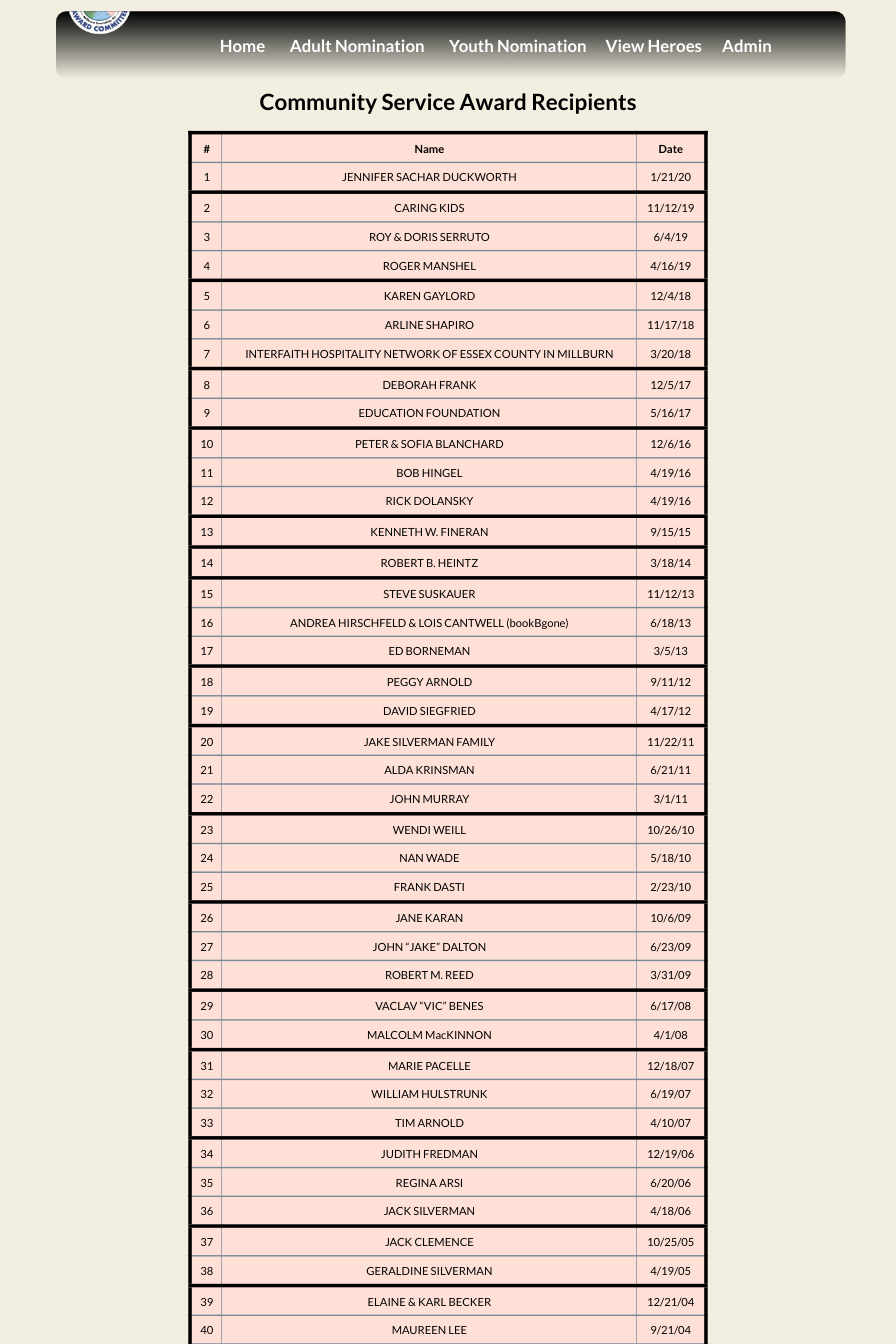
Repository: Centrattic/Young-Heroes-Website
Page: http://localhost/Frontend/before2020.php
These files come from the project's save history. The page is drawn as it stood at one moment and after the next save; the edit follows.
The browser window is 1280 px wide. The pictures show the part of the page from y = 0 to 1920 px (the page is 3810 px tall), at 70% of full size.
The page is run by PHP 8.4 with error messages shown; the project is at /var/www/html/.

Above is the page before, as saved 2020-12-21 14:23:45.

### Eagle Project/Frontend/before2020.php
<?php
require '../Backend/functions.php';
require '../Backend/dbhconnect.php';
?>

<html>
  <head>
    <link href="https://fonts.googleapis.com/css2?family=Lato:ital,wght@0,400;0,700;1,300;1,400&display=swap" rel="stylesheet">
    <link href="../CSS/home.css" rel="stylesheet" type="text/css" />

    <link rel = "stylesheet" href = "../CSS/navbar.css">
  </head>

  <body>

    <?php
        navbar();
    ?>

    <h1> Community Service Award Recipients</h1> <!-- Most recent first!!! -->
    <br>

    <style>
        #before2020-table {
            margin: 0 auto;
            border: 5px solid black;
            border-radius: 0px;
            background-color: #ffe0d6;
            width: 65%;
        }

        th,td {
            padding: 10px;
        }

        /*td:nth-child(1) {
            border-right: 2px solid black;
            border-radius: 0px;
            padding-bottom: 0px;
            margin-bottom: 0px;
        }*/

        tr {
            border: 2px solid lightslategray;
        }

        .last-of-year {
            border-bottom: 5px solid black;
        }

    </style>

    <table id = "before2020-table" rules = "all">
        <tr>
            <th> # </th>
            <th> Name </th>
            <th> Date </th>
        </tr>
        <!-- Most to least recent-->


        <tr class = "last-of-year">
            <td> 1 </td>
            <td> JENNIFER SACHAR DUCKWORTH </td>
            <td> 1/21/20 </td>
        </tr>

		<tr>
            <td> 2 </td>
            <td> CARING KIDS </td>
            <td> 11/12/19 </td>
        </tr>

		<tr>
            <td> 3 </td>
            <td> ROY & DORIS SERRUTO </td>
            <td> 6/4/19 </td>
        </tr>

		<tr class = "last-of-year">
            <td> 4 </td>
            <td> ROGER MANSHEL</td>
            <td> 4/16/19 </td>
        </tr>

		<tr>
            <td> 5 </td>
            <td> KAREN GAYLORD </td>
            <td> 12/4/18 </td>
        </tr>

		<tr>
            <td> 6 </td>
            <td> ARLINE SHAPIRO</td>
            <td> 11/17/18 </td>
        </tr>

		<tr class = "last-of-year">
            <td> 7 </td>
            <td> INTERFAITH HOSPITALITY NETWORK OF ESSEX COUNTY IN MILLBURN </td>
            <td> 3/20/18 </td>
        </tr>

		<tr>
            <td> 8 </td>
            <td> DEBORAH FRANK </td>
            <td> 12/5/17 </td>
        </tr>

		<tr class = "last-of-year">
            <td> 9 </td>
            <td> EDUCATION FOUNDATION </td>
            <td> 5/16/17 </td>
        </tr>
		<tr>
            <td> 10 </td>
            <td> PETER & SOFIA BLANCHARD </td>
            <td> 12/6/16 </td>
        </tr>

		<tr>
            <td> 11 </td>
            <td> BOB HINGEL </td>
            <td> 4/19/16 </td>
        </tr>

		<tr class = "last-of-year">
            <td> 12 </td>
            <td> RICK DOLANSKY </td>
            <td> 4/19/16 </td>
        </tr>

		<tr class = "last-of-year">
            <td> 13 </td>
            <td> KENNETH W. FINERAN </td>
            <td> 9/15/15 </td>
        </tr>

		<tr class = "last-of-year">
            <td> 14 </td>
            <td> ROBERT B. HEINTZ </td>
            <td> 3/18/14 </td>
        </tr>

		<tr>
            <td> 15 </td>
            <td> STEVE SUSKAUER </td>
            <td> 11/12/13 </td>
        </tr>

		<tr>
            <td> 16 </td>
            <td> ANDREA HIRSCHFELD & LOIS CANTWELL (bookBgone) </td>
            <td> 6/18/13 </td>
        </tr>

		<tr class = "last-of-year">
            <td> 17 </td>
            <td> ED BORNEMAN </td>
            <td> 3/5/13 </td>
        </tr>

		<tr>
            <td> 18 </td>
            <td> PEGGY ARNOLD </td>
            <td> 9/11/12 </td>
        </tr>

		<tr class = "last-of-year">
            <td> 19 </td>
            <td> DAVID SIEGFRIED </td>
            <td> 4/17/12 </td>
        </tr>

		<tr>
            <td> 20 </td>
            <td> JAKE SILVERMAN FAMILY </td>
            <td> 11/22/11 </td>
        </tr>

		<tr>
            <td> 21 </td>
            <td> ALDA KRINSMAN </td>
            <td> 6/21/11 </td>
        </tr>

		<tr class = "last-of-year">
            <td> 22 </td>
            <td> JOHN MURRAY </td>
            <td> 3/1/11 </td>
        </tr>

		<tr>
            <td> 23 </td>
            <td> WENDI WEILL </td>
            <td> 10/26/10 </td>
        </tr>

		<tr>
            <td> 24 </td>
            <td> NAN WADE </td>
            <td> 5/18/10 </td>
        </tr>

        <tr class = "last-of-year">
            <td> 25 </td>
            <td> FRANK DASTI </td>
            <td> 2/23/10 </td>
        </tr>

        <tr>
            <td> 26 </td>
            <td> JANE KARAN </td>
            <td> 10/6/09 </td>
        </tr>

        <tr>
            <td> 27 </td>
            <td> JOHN “JAKE” DALTON </td>
            <td> 6/23/09 </td>
        </tr>

        <tr class = "last-of-year">
            <td> 28 </td>
            <td> ROBERT M. REED </td>
            <td> 3/31/09 </td>
        </tr>

        <tr>
            <td> 29 </td>
            <td> VACLAV “VIC” BENES </td>
            <td> 6/17/08 </td>
        </tr>

		<tr class = "last-of-year">
            <td> 30 </td>
            <td> MALCOLM MacKINNON </td>
            <td> 4/1/08 </td>
        </tr>

		<tr>
            <td> 31 </td>
            <td> MARIE PACELLE </td>
            <td> 12/18/07 </td>
        </tr>

		<tr>
            <td> 32 </td>
            <td> WILLIAM HULSTRUNK </td>
            <td> 6/19/07 </td>
        </tr>

		<tr class = "last-of-year">
            <td> 33 </td>
            <td> TIM ARNOLD </td>
            <td> 4/10/07 </td>
        </tr>

		<tr>
            <td> 34 </td>
            <td> JUDITH FREDMAN </td>
            <td> 12/19/06 </td>
        </tr>

		<tr>
            <td> 35 </td>
            <td> REGINA ARSI </td>
            <td> 6/20/06 </td>
        </tr>

		<tr class = "last-of-year">
            <td> 36 </td>
            <td> JACK SILVERMAN </td>
            <td> 4/18/06 </td>
        </tr>

        <tr>
            <td> 37 </td>
            <td> JACK CLEMENCE </td>
            <td> 10/25/05 </td>
        </tr>

        <tr class = "last-of-year">
            <td> 38 </td>
            <td> GERALDINE SILVERMAN </td>
            <td> 4/19/05 </td>
        </tr>

        <tr>
            <td> 39 </td>
            <td> ELAINE & KARL BECKER </td>
            <td> 12/21/04 </td>
        </tr>

		<tr>
            <td> 40 </td>
            <td> MAUREEN LEE </td>
            <td> 9/21/04 </td>
        </tr>

		<tr>
            <td> 41 </td>
            <td> ANNE V. SMITH </td>
            <td> 6/15/04 </td>
        </tr>

		<tr class = "last-of-year">
            <td> 42 </td>
            <td> W. OWEN LAMPE </td>
            <td> 4/8/04 </td>
        </tr>

		<tr>
            <td> 43 </td>
            <td> EVA GOTTSCHO </td>
            <td> 12/2/03 </td>
        </tr>

		<tr class = "last-of-year">
            <td> 44 </td>
            <td> WILLIAM E. JUDES </td>
            <td> 6/10/03 </td>
        </tr>

		<tr>
            <td> 45 </td>
            <td> DELIA WALBRIDGE </td>
            <td> 12/3/02 </td>
        </tr>

		<tr>
            <td> 46 </td>
            <td> SHARON & AVI BRENDER </td>
            <td> 9/10/02 </td>
        </tr>

		<tr class = "last-of-year">
            <td> 47 </td>
            <td> ANGELO Del ROSSI </td>
            <td> 6/11/02 </td>
        </tr>

		<tr>
            <td> 48 </td>
            <td> LOUISE GILI </td>
            <td> 11/20/01 </td>
        </tr>

		<tr>
            <td> 49 </td>
            <td> THOMAS J. EAKLEY </td>
            <td> 8/21/01 </td>
        </tr>

		<tr class = "last-of-year">
            <td> 50 </td>
            <td> SHERMAN T. BREWER, JR. </td>
            <td> 3/20/01 </td>
        </tr>

		<tr>
            <td> 51 </td>
            <td> MARK GUTERMAN </td>
            <td> 12/5/00 </td>
        </tr>

		<tr>
            <td> 52 </td>
            <td> ELEANOR T. McGLAUGHLIN </td>
            <td> 9/19/00 </td>
        </tr>

		<tr>
            <td> 53 </td>
            <td> JOAN DAESCHLER </td>
            <td> 6/13/00 </td>
        </tr>

		<tr class = "last-of-year">
            <td> 54 </td>
            <td> WALTER JEFFREY, JR. </td>
            <td> 4/18/00 </td>
        </tr>

		<tr>
            <td> 55 </td>
            <td> DR. PAUL KEARNEY </td>
            <td> 11/9/99 </td>
        </tr>

		<tr class = "last-of-year">
            <td> 56 </td>
            <td> LEIGH GIFFORD </td>
            <td> 4/13/99 </td>
        </tr>

		<tr>
            <td> 57 </td>
            <td> LYNNE RANIERI </td>
            <td> 12/15/98 </td>
        </tr>

		<tr>
            <td> 58 </td>
            <td> ELAINE BIRNHOLZ </td>
            <td> 10/20/98 </td>
        </tr>

		<tr>
            <td> 59 </td>
            <td> NANCY GOAT </td>
            <td> 6/9/98 </td>
        </tr>

		<tr class = "last-of-year">
            <td> 60 </td>
            <td> JAMES LAURIE </td>
            <td> 3/17/98 </td>
        </tr>

		<tr>
            <td> 61 </td>
            <td> JOAN BORNEMAN </td>
            <td> 12/16/97 </td>
        </tr>

		<tr>
            <td> 62 </td>
            <td> PHYLLIS KINGSBURY </td>
            <td> 10/7/97 </td>
        </tr>

		<tr>
            <td> 63 </td>
            <td> LINDSEY REBECCA HUSTON </td>
            <td> 6/24/97 </td>
        </tr>

		<tr class = "last-of-year">
            <td> 64 </td>
            <td> ALFRED H. CONNELLEE </td>
            <td> 4/19/97 </td>
        </tr>

		<tr>
            <td> 65 </td>
            <td> HARRIET LOWENGRUB </td>
            <td> 12/3/96 </td>
        </tr>

		<tr>
            <td> 66 </td>
            <td> JOHN S. WARE </td>
            <td> 6/25/96 </td>
        </tr>

        <tr class = "last-of-year">
            <td> 67 </td>
            <td> SUSANNAH J. LIKINS </td>
            <td> 3/19/96 </td>
        </tr>

        <tr>
            <td> 68 </td>
            <td> IRIS STOLOFF </td>
            <td> 12/5/95 </td>
        </tr>

        <tr>
            <td> 69 </td>
            <td> DOUGLAS REED </td>
            <td> 9/5/95 </td>
        </tr>

		<tr>
            <td> 70 </td>
            <td> CHARLES T. & DOROTHY KING </td>
            <td> 6/27/95 </td>
        </tr>

		<tr class = "last-of-year">
            <td> 71 </td>
            <td> ROBERT E. MARSHALL </td>
            <td> 3/21/95 </td>
        </tr>

        <tr>
            <td> 72 </td>
            <td> LOUIS J. KURTZ </td>
            <td> 2/6/94 </td>
        </tr>

		<tr>
            <td> 73 </td>
            <td> LEZETTE PROUD </td>
            <td> 9/13/94 </td>
        </tr>

		<tr class = "last-of-year">
            <td> 74 </td>
            <td> LAUREN HUSTON </td>
            <td> 6/14/94 </td>
        </tr>

		<tr>
            <td> 75 </td>
            <td> DONALD L. CAMPBELL </td>
            <td> 7/6/93 </td>
        </tr>

		<tr class = "last-of-year">
            <td> 76 </td>
            <td> MAUREEN S. SILVER </td>
            <td> 4/27/93 </td>
        </tr>

        <tr>
            <td> 77 </td>
            <td> STEPHEN LEIT </td>
            <td> 6/16/92 </td>
        </tr>

        <tr>
            <td> 78 </td>
            <td> MURIEL SCHWARTZSTEIN </td>
            <td> 5/5/92 </td>
        </tr>

        <tr class = "last-of-year">
            <td> 79 </td>
            <td> EVELYN ORTNER </td>
            <td> 3/3/92 </td>
        </tr>

        <tr>
            <td> 80 </td>
            <td> LINDA McDONOUGH </td>
            <td> 12/17/91 </td>
        </tr>

        <tr>
            <td> 81 </td>
            <td> ALFRED T. PEDECINE </td>
            <td> 9/3/91 </td>
        </tr>

        <tr>
            <td> 82 </td>
            <td> EDITH CONNELLEE </td>
            <td> 8/16/91 </td>
        </tr>

        <tr>
            <td> 83 </td>
            <td> LORI FRIEDMAN </td>
            <td> 6/11/91 </td>
        </tr>

        <tr>
            <td> 84 </td>
            <td> WILLIAM CONROE </td>
            <td> 5/21/91 </td>
        </tr>

        <tr>
            <td> 87 </td>
            <td> ELIZABETH NAUGHTON </td>
            <td> 5/5/91 </td>
        </tr>

    </table>



</body>
</html>

### Eagle Project/Backend/dbhconnect.php
<?php
  $servername = "localhost";
  $dbUsername = "root";
  $dbPassword = "";
  $dbName = "young_heroes";

  //connecting to database
  $connection = new mysqli($servername, $dbUsername, $dbPassword, $dbName);

  //error message if connection fails
  if(!$connection){
    die("Connection failed: ".mysqli_connect_error());
  }
?>

### Eagle Project/CSS/home.css
* {
    text-align: center;
    padding: 2px;
    margin: 2px;
    font-family: 'Lato', sans-serif;
    border-radius: 15px;

}

body {
    background-color: #F2EFE1;

}

#homepicgrid {
    display: grid;
    width: auto;
    height: 30%;

    grid-template-columns: auto auto auto auto;
    grid-template-rows: auto;
}

#homepicgrid img {
    height: 100%;
    object-fit: cover;
    width: 100%;
}


#homepagetitle {
    font-size: 2em;
    width: auto;
    background-color: white;
    padding: 10px;
    margin: 5px;
}



#hometextgrid {
    display: grid;
    width: auto;
    margin: 0 auto;
    grid-template-columns: auto auto auto;
    grid-template-rows: auto auto;
}

#hometextgrid div {
    background-color: #E2DECC;
    padding: 20px;
}


#CSAChistory {
    background-color: #E2DECC;
    padding: 20px;
    padding-top: 0;
    margin: 10px 0;
}
#impact {
    background-color: white;
    width: 35%;
    margin: 2% auto;
    border: 10px solid transparent;
    border-image: url("../Images/borderhome.jpg") 30 round !important;
}

#impact h3 {
    margin: 15%;
}


#getinvolved {
    background-image: url("../Images/millburnblossoms.jpg");
    height: 60%;
    display: flex;
    align-items: center;
    justify-content: center;
}

#nominateahero {
    width: 70%;
    padding: 0 20px;
    background-color:  #F2EFE1;
}

#getinvolved p {
    margin: 10px;
}

button {
    font-size: 1em;
}

### Eagle Project/CSS/navbar.css
* {
    text-align: center;
    font-family: 'Lato', sans-serif;
}

body {
    background-color: #F2EFE1;
}


.menu-area li{
    display: inline;
    color: white;
    font-weight: bold;
    font-size: 1.5em;
    padding-bottom: 10px;
}

.menu-area .non-dropdown a{
    display: inline-block;
    padding: 30px 10px;
    color: white;
    box-sizing: border-box;

}

.menu-area a {
    text-decoration: none;
    color: white;
}

.menu-area .nav-dropdown .dropdown-content li a{
    display: inline-block;
    text-align: center;
    padding: 14px 16px;
    text-decoration: none;
}

.menu-area {
    width: 100%;
    background-image: linear-gradient(black, #F2EFE1);
    overflow: hidden;
    border-radius: 15px;
}

.menu-area .non-dropdown:hover{
    border-radius: 0px;
    border-bottom: 10px solid aliceblue;
}

.menu-area li a {
    box-sizing: border-box;
}

.nav-dropbtn {
    text-decoration: none;
    color: white;
}

/*FIX THIS LATER*/


#logout {
    all: unset;
}

body {
    margin: 0 5%;
}

/* ------------------*/



li.nav-dropdown {
    display: inline-block;
}

.dropdown-content {
    display: none;
    position: absolute;
    background-color: #f9f9f9;
    min-width: 150px;
    box-shadow: 0px 8px 16px 0px rgba(0,0,0,0.2);
    z-index: 1;

}

.dropdown-content a {
    color: black;
    padding: 12px 16px;
    text-decoration: none;
    display: block;
    font-size: .9em;
    text-align: left;
}


.dropdown-content a:hover {
    background-color: #f1f1f1;
}


.nav-dropdown:hover .dropdown-content {
    display: block;
    border-radius: 0px;
}


/* Footer*/



.site-footer {
    background-color: #E2DECC;
      text-align: center;
      margin: 10px 0;
      padding: 10px 0;
  }

  #social-wrapper {
      text-align: center;
  }

  /*Social Media Icons*/
  .social-wrapper {
      text-align: center;
  }

  .social-wrapper ul li {
      display: inline;
      margin: 0 5px;
  }

  .twitter-icon,
  .facebook-icon,
  .instagram-icon,
  .linkedin-icon,
  .googleplus-icon,
  .youtube-icon,
  .foursquare-icon{
      margin-top: .625em;
      width: 40px;
      height: 40px;
      opacity: .6;
      filter: alpha(opacity=60); /* For IE8 and earlier */
    border-radius: 25px;
  }

  .twitter-icon:hover,
  .facebook-icon:hover,
  .instagram-icon:hover,
  .linkedin-icon:hover,
  .googleplus-icon:hover,
  .youtube-icon:hover,
  .foursquare-icon:hover {
      opacity: 1.0;
      filter: alpha(opacity=100); /* For IE8 and earlier */
  }

  .footer-nav p {
      text-align: center;
  }

Loaded but not shown: Eagle Project/Backend/functions.php (1101 lines, source omitted)

After the next save:
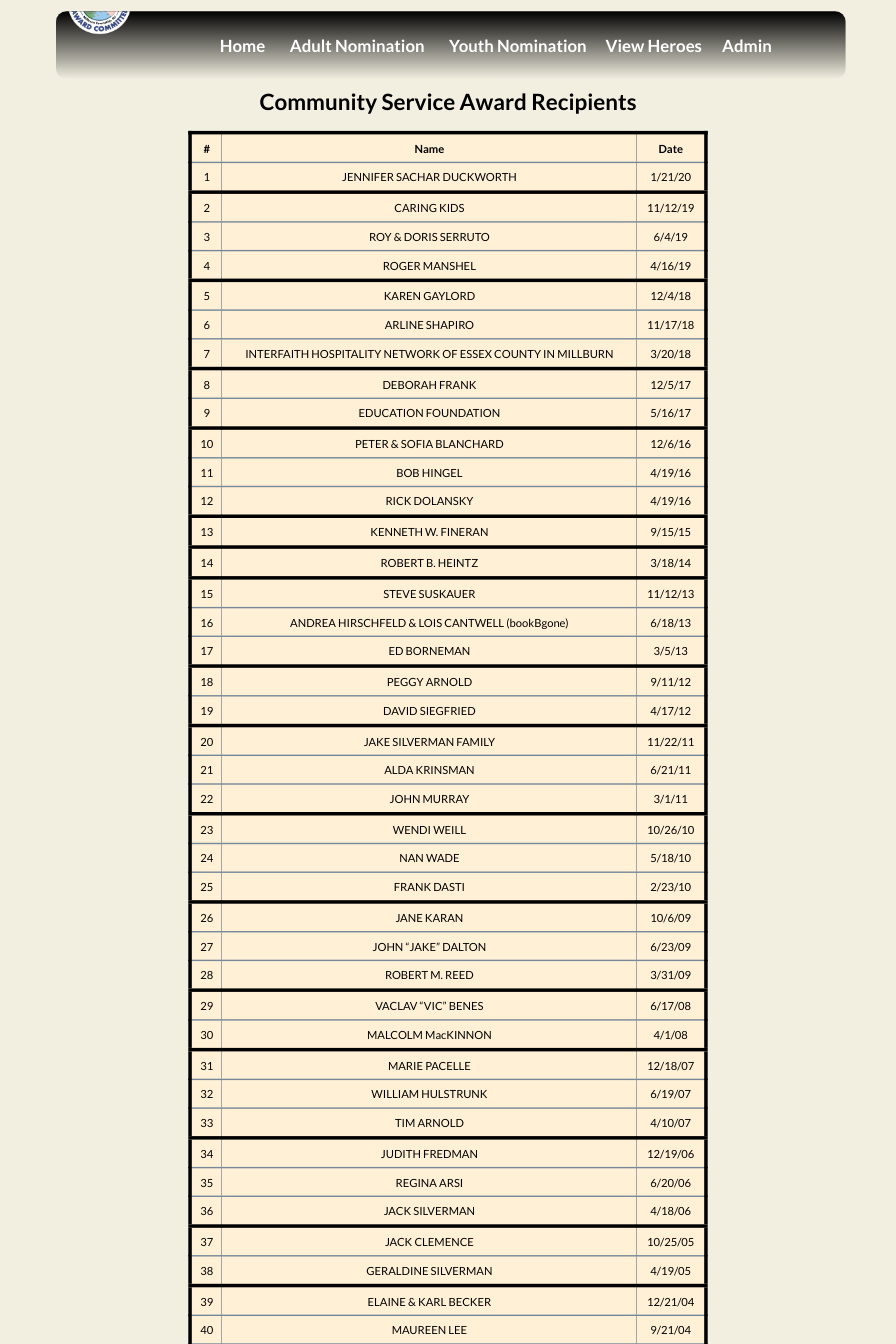
Saved 10 s later.
--- a/Eagle Project/Frontend/before2020.php
+++ b/Eagle Project/Frontend/before2020.php
@@ -25,7 +25,7 @@
             margin: 0 auto;
             border: 5px solid black;
             border-radius: 0px;
-            background-color: #ffe0d6;
+            background-color: #fff0d6;
             width: 65%;
         }
 

After the save that followed:
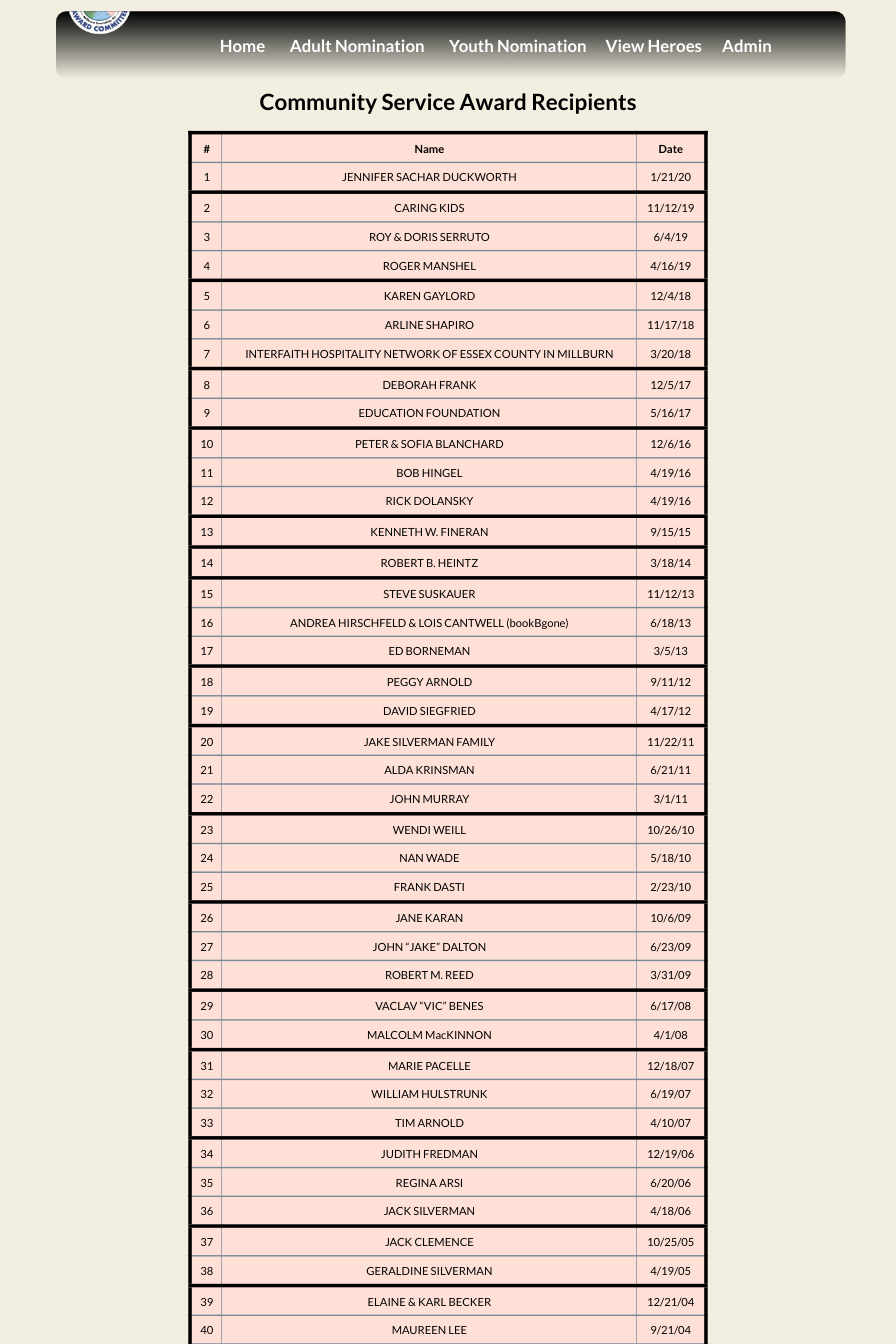
Saved 9 s later.
--- a/Eagle Project/Frontend/before2020.php
+++ b/Eagle Project/Frontend/before2020.php
@@ -25,7 +25,7 @@
             margin: 0 auto;
             border: 5px solid black;
             border-radius: 0px;
-            background-color: #fff0d6;
+            background-color: #ffe0d6;
             width: 65%;
         }
 
